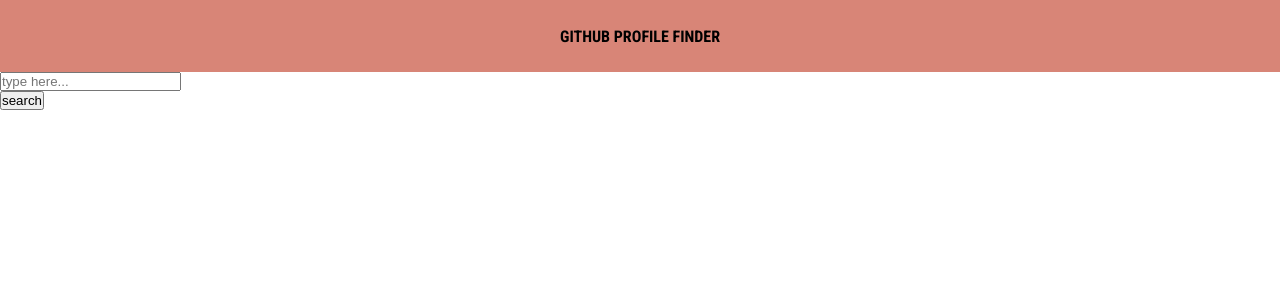
Repository: nilesjamex/githubprofilefinder
Page: index.html
The author's editor kept a copy of each file at every save. The page is drawn from the files as they stood at one save, then again after the next save.
The browser window is 1280 px wide. The pictures show the whole page.

Above is the page before, as saved 2020-11-18 22:47:08.

### index.html
<!DOCTYPE html>
<html lang="en">
<head>
    <meta charset="UTF-8">
    <meta name="viewport" content="width=device-width, initial-scale=1.0">
    <meta http-equiv="X-UA-Compatible" content="IE=7">
    <meta name="description" content="github profile finder niles egbaidomeh">
    <link rel="stylesheet" href="./styles.css">
    <link rel="preconnect" href="https://fonts.gstatic.com">
    <link href="https://fonts.googleapis.com/css2?family=Anton&family=Roboto+Condensed:ital,wght@0,700;1,300&display=swap" rel="stylesheet">
    <title>Github Profile Finder</title>
</head>
<body>
  <nav>
      <div class="nav-text">
          GITHUB PROFILE FINDER
      </div>
  </nav>
  <section>
      <div>
          <form method="get">
              <input type="text" name="" placeholder="type here..." id=""><br>
              <input type="submit" value="search">
          </form>
      </div>
      <div class="api-container">

      </div>
  </section>
</body>
</html>

### styles.css
*{
    margin: 0;
    padding: 0;
    box-sizing: border-box;
}
nav{
    min-height: 10vh;
    background-color: #d88577;
    display: flex;
    justify-content: center;
    align-items: center;
}
.nav-text{
    font-family: 'Roboto Condensed', sans-serif;
    font-weight: 700;
}

After the next save:
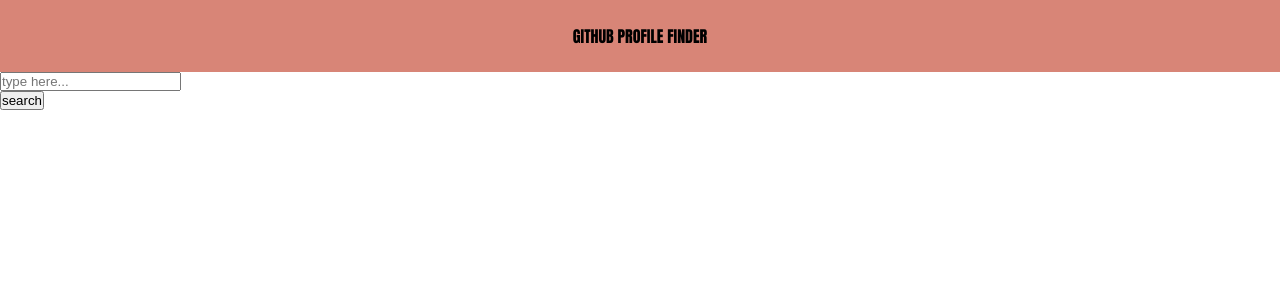
Saved 27 s later.
--- a/styles.css
+++ b/styles.css
@@ -11,6 +11,5 @@
     align-items: center;
 }
 .nav-text{
-    font-family: 'Roboto Condensed', sans-serif;
-    font-weight: 700;
+    font-family: 'Anton', sans-serif;
 }
